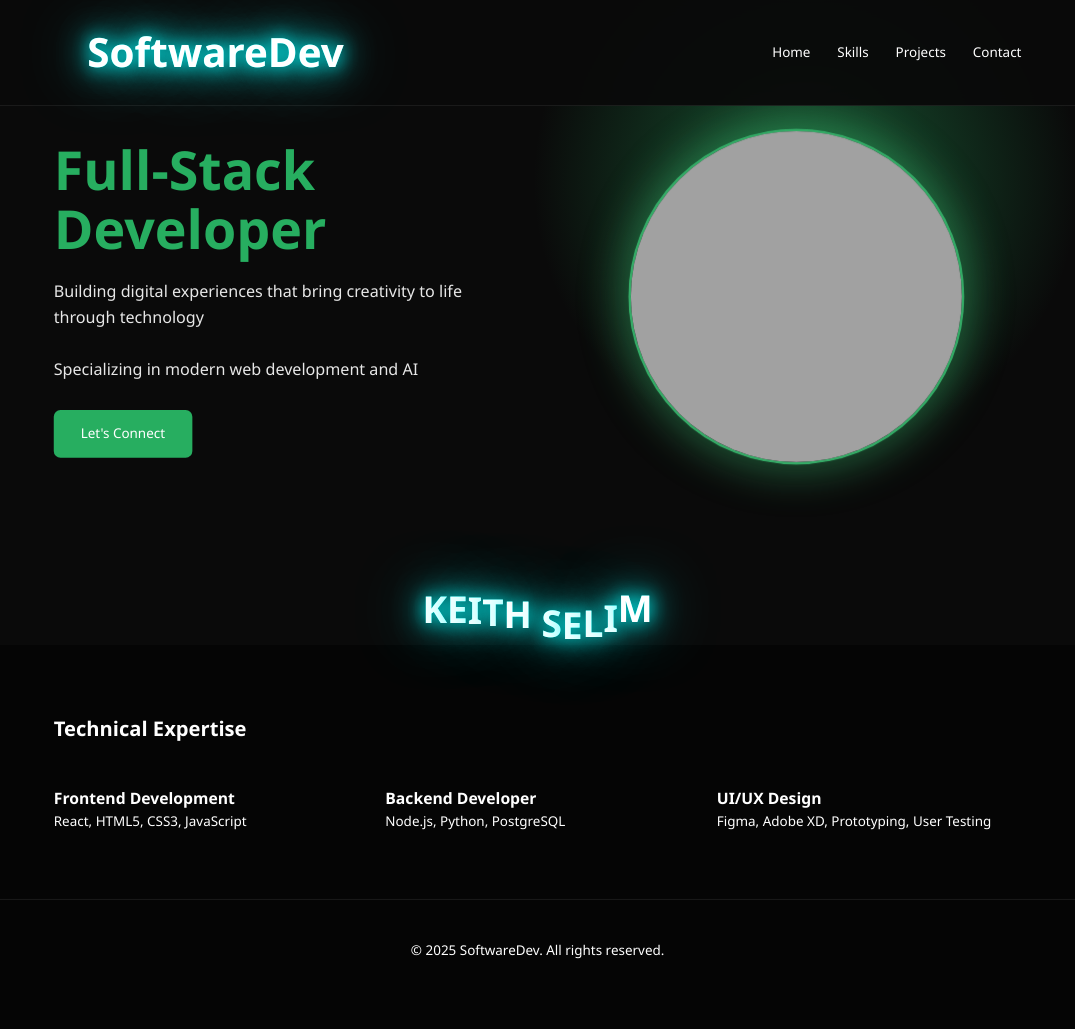
Repository: PEEZYBEE/my-react-portfolio
Page: /
An editor plug-in stored every save of this project. The page is shown before and after the next save, followed by the edit.
The browser window is 1280 px wide. The pictures show the whole page, at 84% of full size.
Pictures or frames that could not be fetched are drawn as grey boxes. The project was rebuilt for these pictures with package versions that can differ from the ones it lists, and the page was loaded fresh each time. Also part of the build but not shown: vite.config.js.

Above is the page before, as saved 2025-04-21 00:53:00.

After the next save:
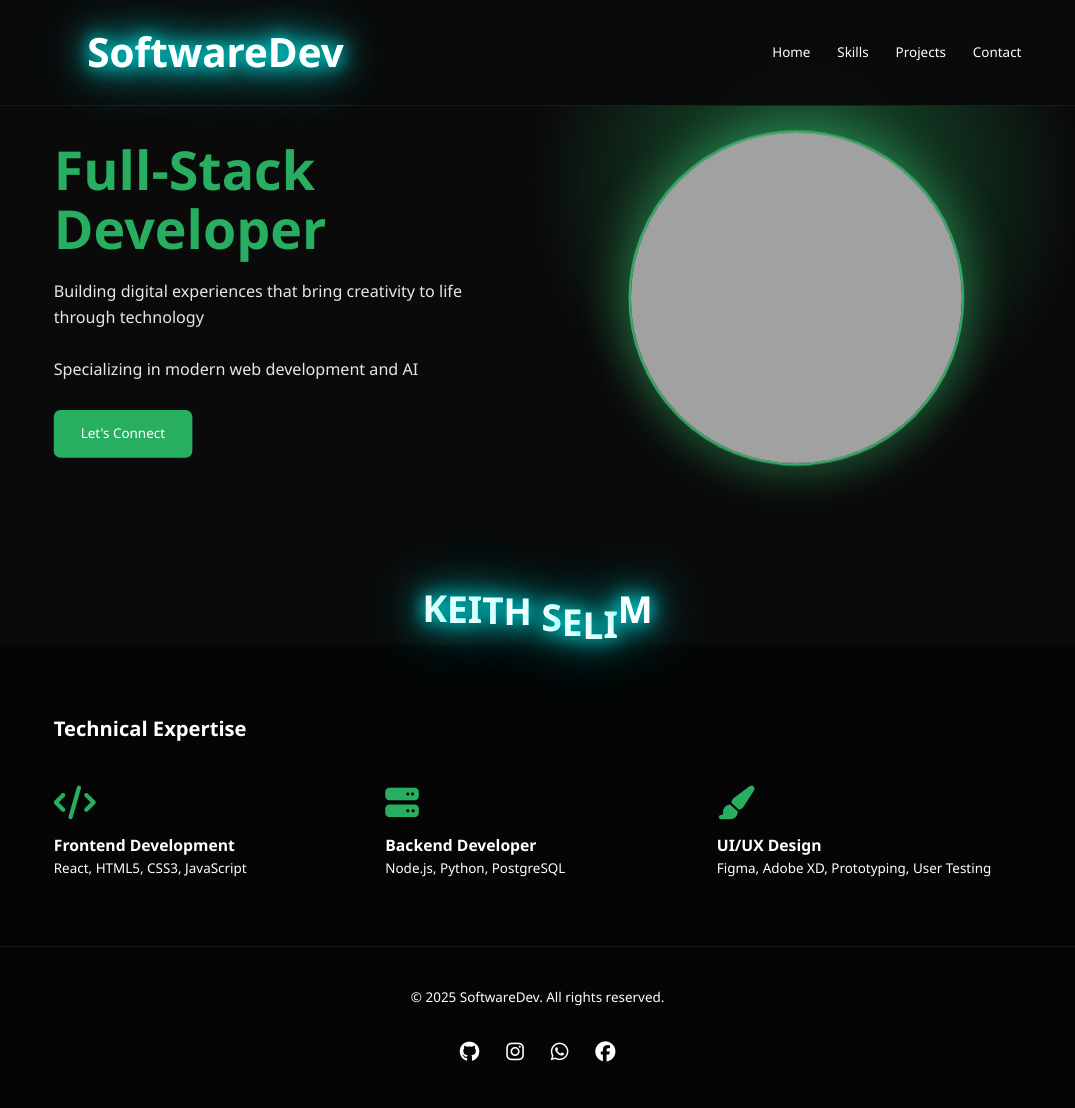
Saved 21 s later.
--- a/index.html
+++ b/index.html
@@ -1,7 +1,20 @@
 <!doctype html>
 <html lang="en">
   <head>
+    <meta charset="UTF-8" />
+  <link rel="icon" type="image/svg+xml" href="favicon.svg" />
+  <meta name="viewport" content="width=device-width, initial-scale=1.0" />
+  <title>Keith Selim</title>
 
+  <!-- ✅ Add this line below -->
+  <link
+    rel="stylesheet"
+    href="https://cdnjs.cloudflare.com/ajax/libs/font-awesome/6.7.2/css/all.min.css"
+    integrity="sha512-Evv84Mr4kqVGRNSgIGL/F/aIDqQb7xQ2vcrdIwxfjThSH8CSR7PBEakCr51Ck+w+/U6swU2Im1vVX0SVk9ABhg=="
+    crossorigin="anonymous"
+    referrerpolicy="no-referrer"
+  />
+</head>
   <body>
     <div id="root"></div>
     <script type="module" src="/src/main.jsx"></script>
